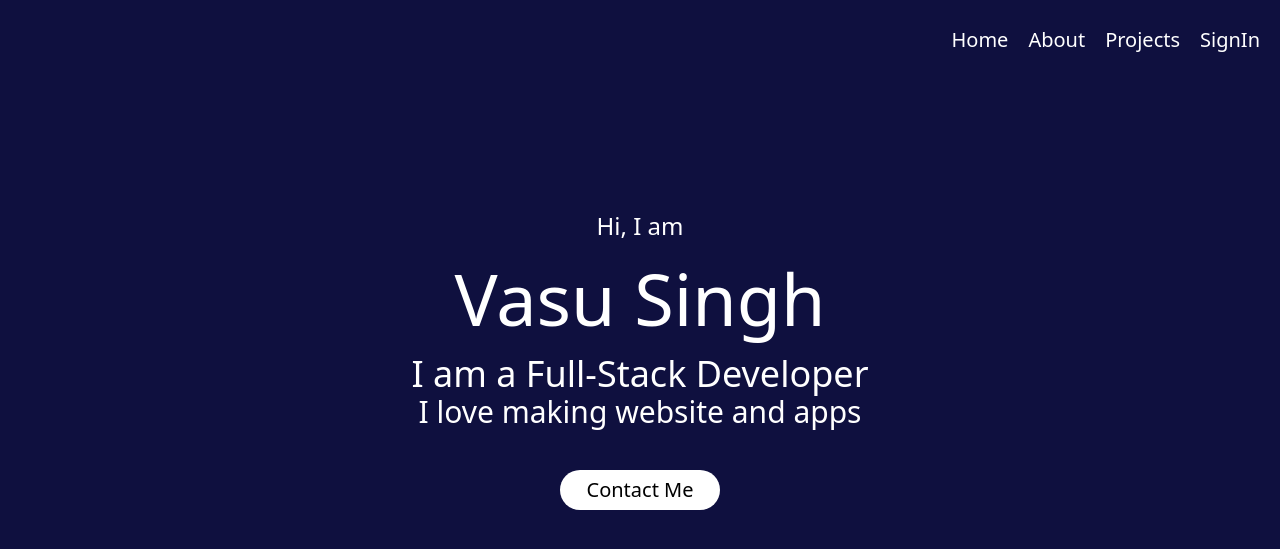
Repository: vasucp1207/vasuDev
Page: /
An editor plug-in stored every save of this project. The page is shown before and after a run of saves, followed by the edit.
The browser window is 1280 px wide. The pictures show the whole page.
The project was rebuilt for these pictures with package versions that can differ from the ones it lists, and the page was loaded fresh each time. The framework's server and built-in components were replaced by stand-ins that run in the browser. Also part of the build but not shown: next.config.js.

Above is the page before, as saved 2022-07-17 23:36:10.

### pages/index.tsx
import type { NextPage } from 'next'
import Head from 'next/head'
import Hero from './Hero'
import Navbar from './Navbar'

const Home: NextPage = () => {
  return (
    <div className="p-0 m-0 bg-darkB text-white">
      <Head>
        <title>Create Next App</title>
      </Head>

      <Navbar />
      <Hero />
    </div>
  )
}

export default Home

### pages/Hero.tsx
import React from 'react'

function Hero() {
  return (
    <div className='h-screen bg-darkB'>
        <div className='text-white flex flex-col justify-center items-center h-screen'>
            <p className='text-2xl'>Hi, I am</p>
            <h1 className='mt-5 text-7xl'>Vasu Singh</h1>
            <h3 className='mt-5 text-4xl'>I am a Full-Stack Developer</h3>
            <h4 className='text-3xl'>I love making website and apps</h4>
            <button className='hover:text-white transition-all 200 hover:bg-green-400 mt-10 bg-white text-black h-10 w-40 outline-none rounded-full text-xl'>Contact Me</button>
        </div>
    </div>
  )
}

export default Hero

### pages/Navbar.tsx
import React from 'react'

function Navbar() {
  return (
    <div className='h-20 w-screen absolute bg-transparent flex justify-end items-center'>
        <div className='h-full flex space-x-5 text-xl font-normal mr-5 items-center'>
            <p className='flex items-center h-full hover:bg-green-400 cursor-pointer'>Home</p>
            <p className='flex items-center h-full hover:bg-green-400 cursor-pointer'>About</p>
            <p className='flex items-center h-full hover:bg-green-400 cursor-pointer'>Projects</p>
            <p className='flex items-center h-full hover:bg-green-400 cursor-pointer'>SignIn</p>
        </div>
    </div>
  )
}

export default Navbar

### tailwind.config.js
/** @type {import('tailwindcss').Config} */
module.exports = {
  content: [
    './pages/**/*.{js,ts,jsx,tsx}',
    './components/**/*.{js,ts,jsx,tsx}',
  ],
  theme: {
    extend: {
      colors: {
        darkB: 'rgba(15, 16, 63, 1)'
      }
    },
  },
  plugins: [],
}

Loaded but not shown: pages/_app.tsx (common file); styles/globals.css (common file)

After the next 2 saves:
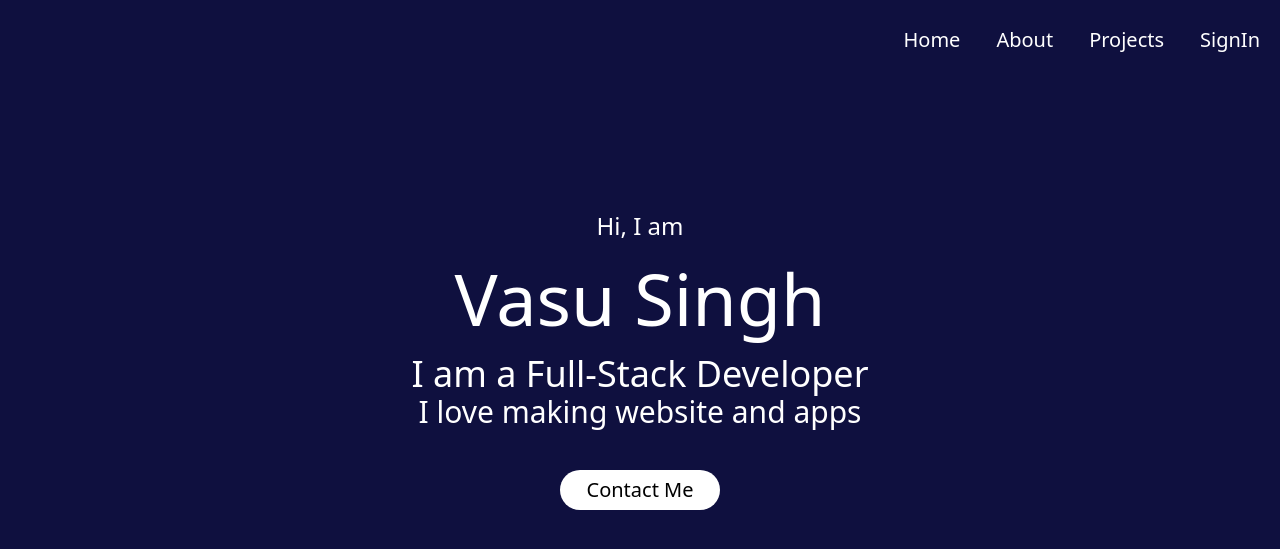
The 2 saves are shown as one change because they came seconds apart.
The last was saved 21 s later.
--- a/pages/Navbar.tsx
+++ b/pages/Navbar.tsx
@@ -3,7 +3,7 @@
 function Navbar() {
   return (
     <div className='h-20 w-screen absolute bg-transparent flex justify-end items-center'>
-        <div className='h-full flex space-x-5 text-xl font-normal mr-5 items-center'>
+        <div className='h-full flex space-x-5 text-xl font-normal mr-5 items-center indent-4'>
             <p className='flex items-center h-full hover:bg-green-400 cursor-pointer'>Home</p>
             <p className='flex items-center h-full hover:bg-green-400 cursor-pointer'>About</p>
             <p className='flex items-center h-full hover:bg-green-400 cursor-pointer'>Projects</p>

After the save that followed:
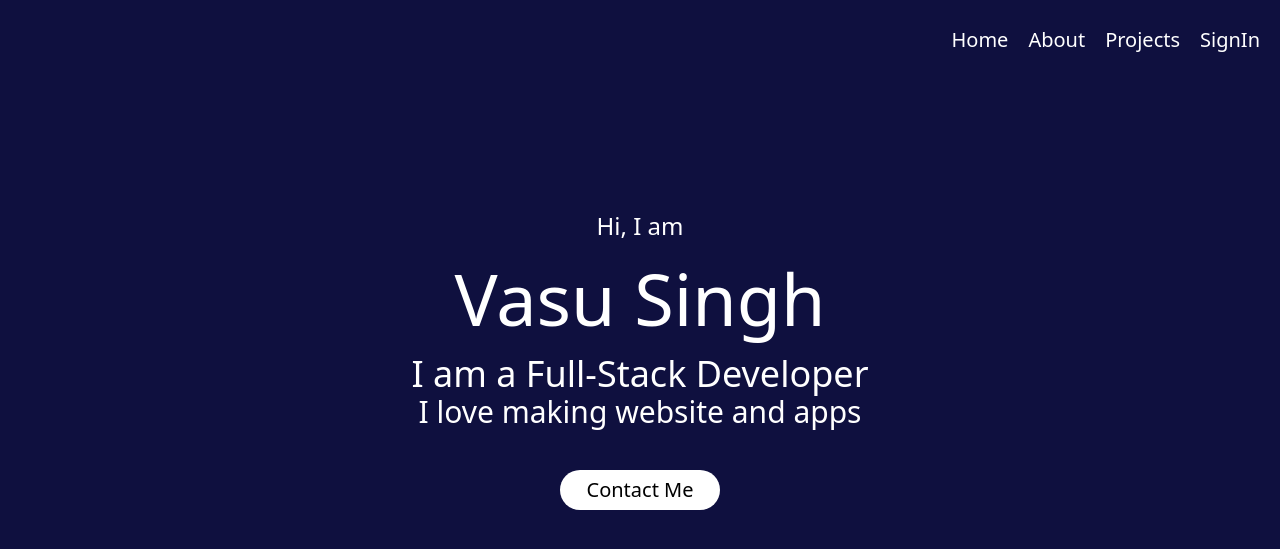
Saved 25 s later.
--- a/pages/Navbar.tsx
+++ b/pages/Navbar.tsx
@@ -3,7 +3,7 @@
 function Navbar() {
   return (
     <div className='h-20 w-screen absolute bg-transparent flex justify-end items-center'>
-        <div className='h-full flex space-x-5 text-xl font-normal mr-5 items-center indent-4'>
+        <div className='h-full flex space-x-5 text-xl font-normal mr-5 items-center'>
             <p className='flex items-center h-full hover:bg-green-400 cursor-pointer'>Home</p>
             <p className='flex items-center h-full hover:bg-green-400 cursor-pointer'>About</p>
             <p className='flex items-center h-full hover:bg-green-400 cursor-pointer'>Projects</p>
